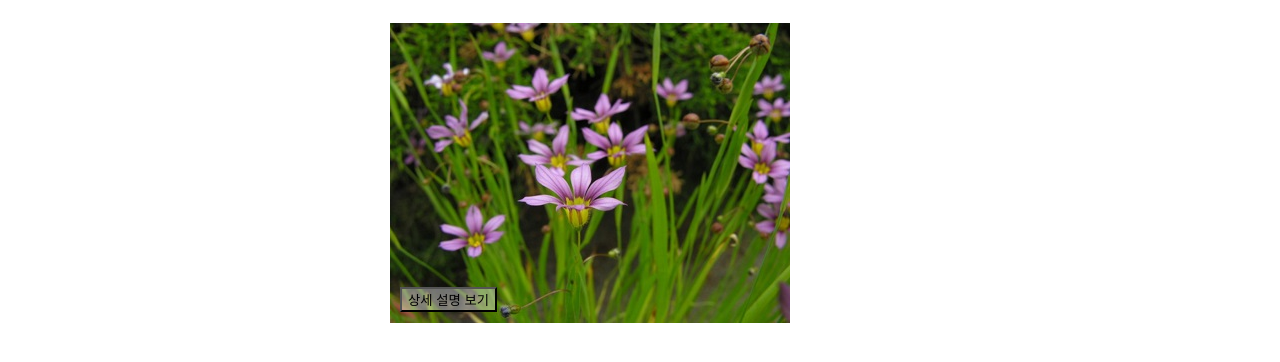
Repository: shinsil0601/webstudy
Page: 03_JavaScript/src/main/webapp/day02/ex17_event.html
An editor plug-in stored every save of this project. The page is shown before and after the next save, followed by the edit.
The browser window is 1280 px wide. The pictures show the whole page.

Above is the page before, as saved 2023-06-28 07:45:39.

### 03_JavaScript/src/main/webapp/day02/ex17_event.html
<!DOCTYPE html>
<html>
<head>
<meta charset="UTF-8">
<title>Insert title here</title>
<style type="text/css">
	#item{
		position: relative;
		width: 500px;
		height: auto;
		padding: 15px 20px;
		margin: auto;
	}
	.over{
		position: absolute;
		left: 30px;
		bottom: 30px;
	}
	.detail{
		width: 400px;
		line-height: 1.8;
		display: none;
	}
	button{
		background-color: rgba(255,255,255,0.4);
	}
</style>
</head>
<body>
	<div id="item">
		<img src="../images/flower.jpg">
		<button class="over" id="open">상세 설명 보기</button>
		<div id="desc" class="detail">
			<h2>등심붓꽃</h2>
			<p>북아메리카 원산으로 각지에서 관상초로 흔히 심고 있는 귀화식물이다.
			길가나 잔디밭에서 흔히 볼 수 있다. 아주 작은 씨앗을 무수히 많이 가지고 있는데
			바람을 이용해 씨앗들을 날려보내거나, 뿌리줄기를 통해 동일한 개체들을 많이 만들어 냄으로써 번식한다.</p>
		<button id="close">상세 설명 닫기</button>
		</div>
	</div>
</body>
</html>

After the next save:
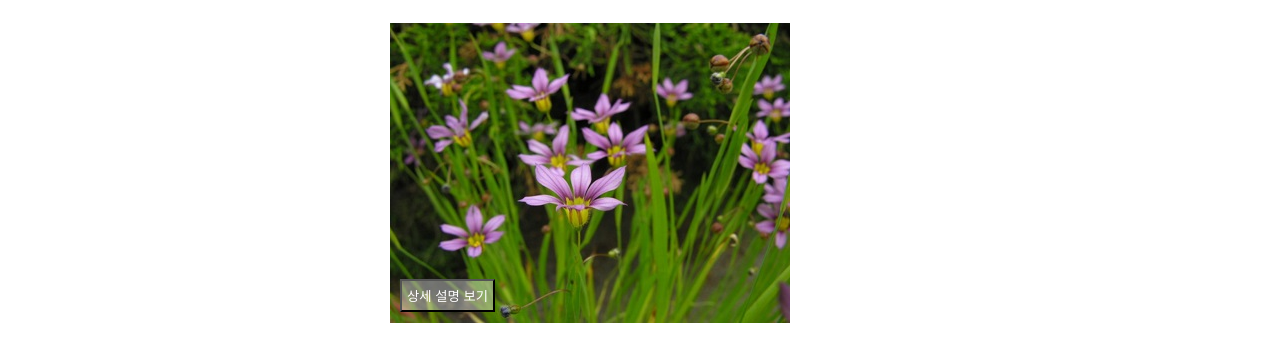
Saved 25 s later.
--- a/03_JavaScript/src/main/webapp/day02/ex17_event.html
+++ b/03_JavaScript/src/main/webapp/day02/ex17_event.html
@@ -23,6 +23,8 @@
 	}
 	button{
 		background-color: rgba(255,255,255,0.4);
+		color: white;
+		padding: 5px;
 	}
 </style>
 </head>
